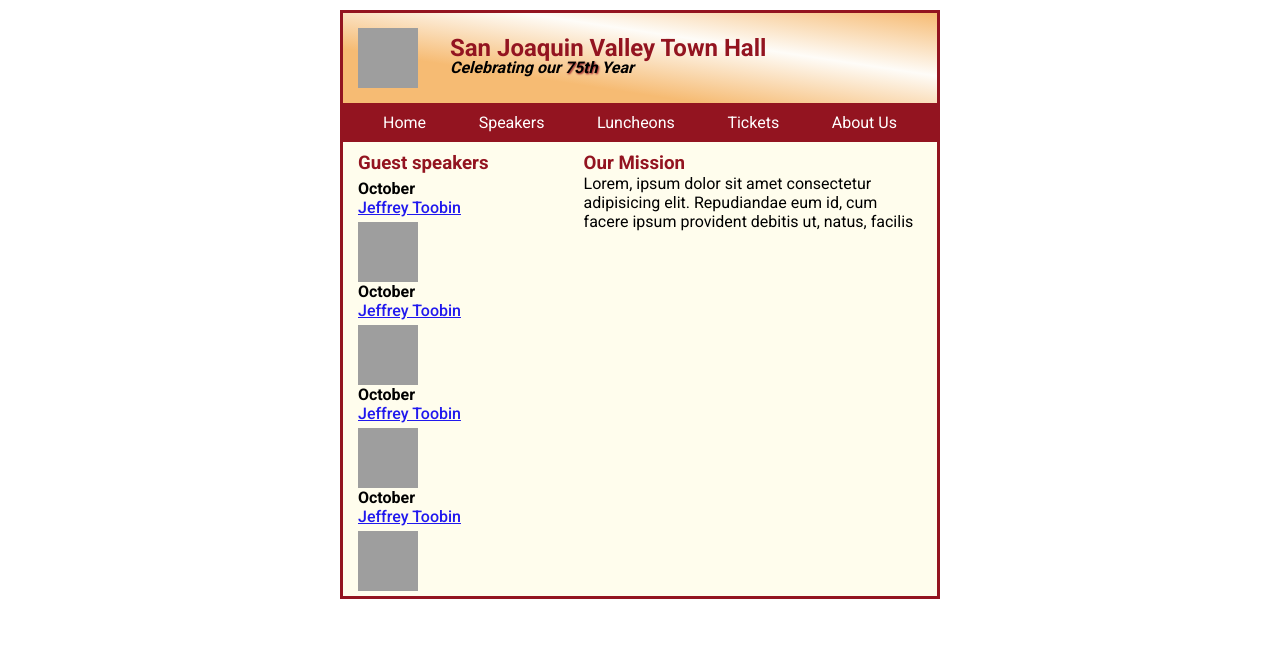
Repository: Mannj-nef/ex-5-6-7-8_IvVettech
Page: index.html
The author's editor kept a copy of each file at every save. The page is drawn from the files as they stood at one save, then again after the next save.
The browser window is 1280 px wide. The pictures show the whole page.
Pictures or frames that could not be fetched are drawn as grey boxes.

Above is the page before, as saved 2022-03-24 21:56:41.

After the next save:
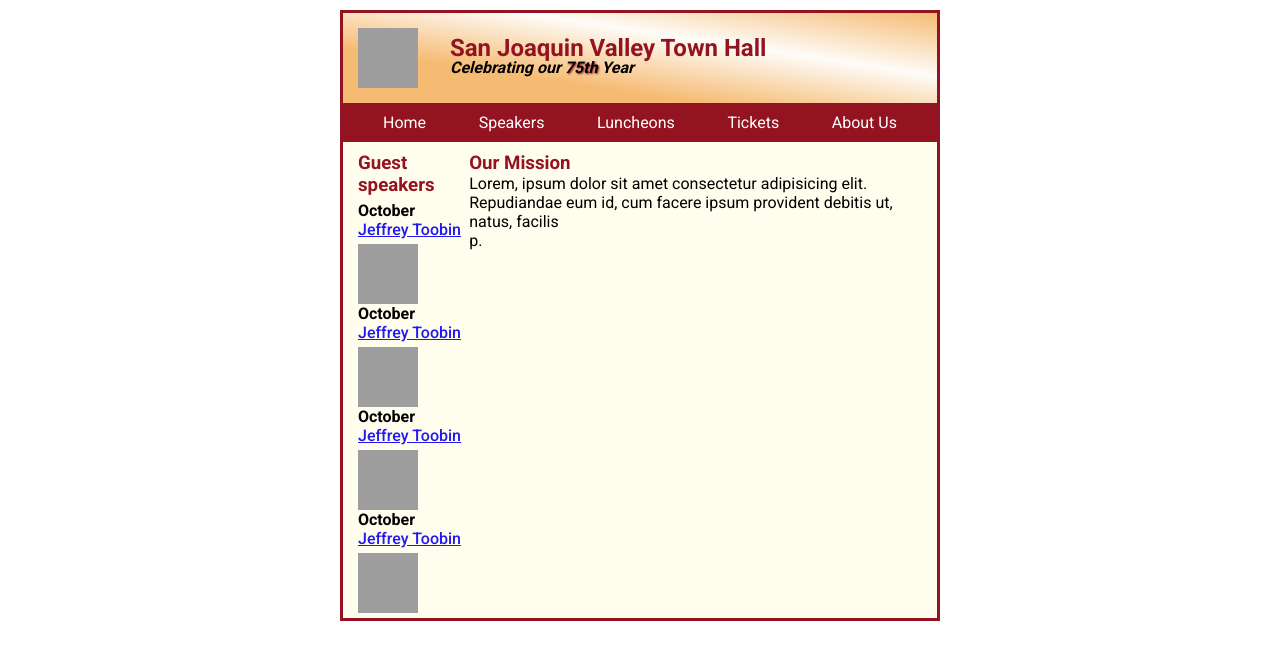
Saved 31 s later.
--- a/index.html
+++ b/index.html
@@ -109,13 +109,14 @@
             </div>
           </div>
         </div>
-        <div class="constent-right">
+        <div id="constent-right">
           <h3 class="content-title">Our Mission</h3>
           <p class="constent-right__desc">
             Lorem, ipsum dolor sit amet consectetur adipisicing elit.
             Repudiandae eum id, cum facere ipsum provident debitis ut, natus,
             facilis
           </p>
+          p.
         </div>
       </section>
     </div>

After the save that followed:
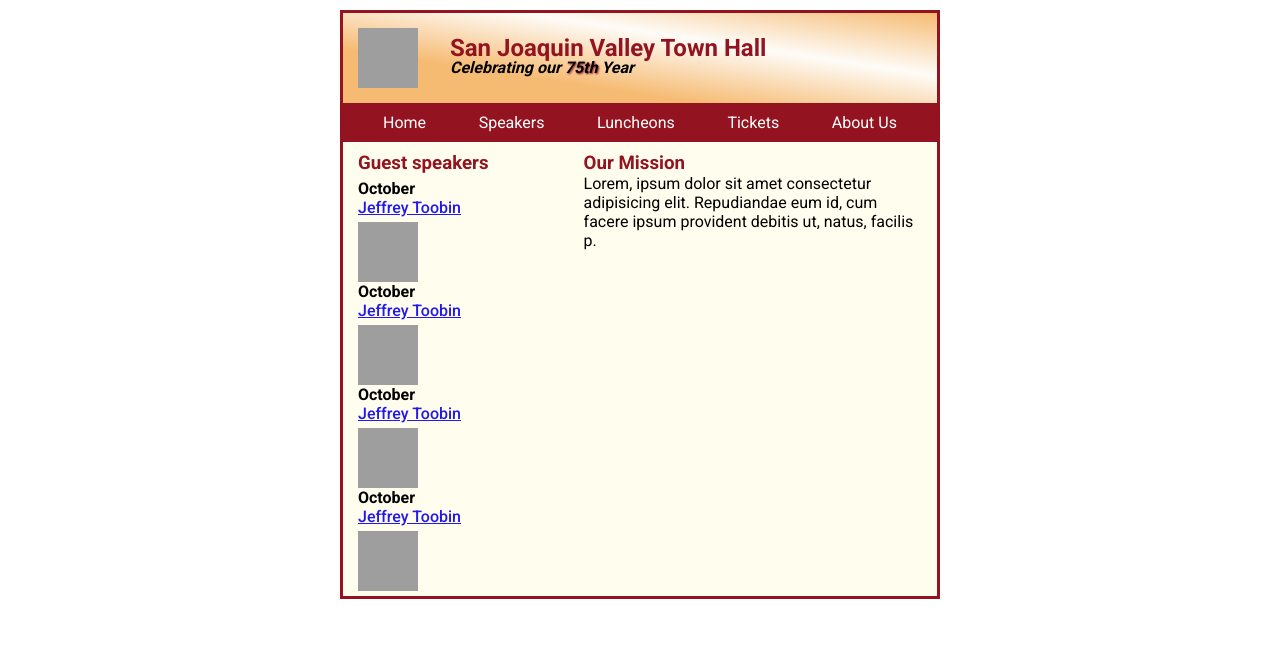
Saved 25 s later.
--- a/index.html
+++ b/index.html
@@ -109,7 +109,7 @@
             </div>
           </div>
         </div>
-        <div id="constent-right">
+        <div class="constent-right">
           <h3 class="content-title">Our Mission</h3>
           <p class="constent-right__desc">
             Lorem, ipsum dolor sit amet consectetur adipisicing elit.
